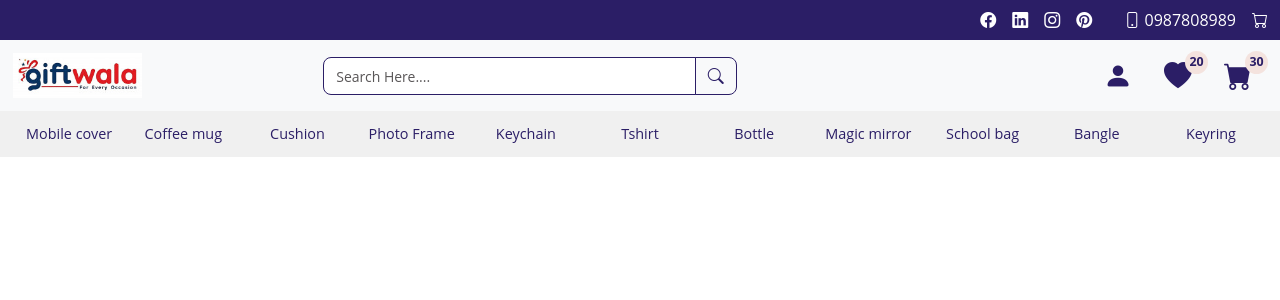
Repository: mangalravi/GiftWala
Page: index.html
These files come from the project's save history. The page is drawn as it stood at one moment and after the next save; the edit follows.
The browser window is 1280 px wide. The pictures show the whole page.
Pictures or frames that could not be fetched are drawn as grey boxes. The style sheet was rebuilt from its Sass, Less or Tailwind sources for each picture, by a compiler version that may differ from the author's.

Above is the page before, as saved 2024-07-07 17:15:47.

After the next save:
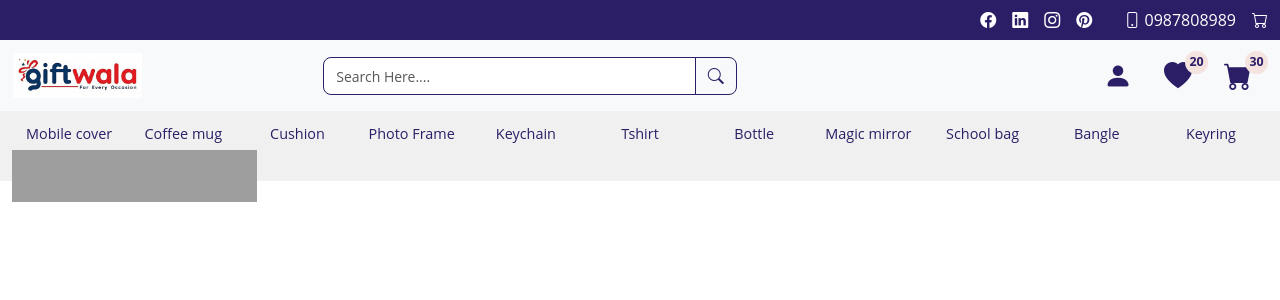
Saved 2 s later.
--- a/index.html
+++ b/index.html
@@ -199,6 +199,16 @@
               <li>Bangle</li>
               <li>Keyring</li>
             </ul>
+            <li style="position: relative; border-bottom: none !important">
+              <a
+                class="adbHeaderLink"
+                href="/express-delivery"
+                style="border-bottom: none !important"
+              >
+                <div class="left bg-express_delivery_1"></div>
+                <input type="hidden" value="Delivery In 2 hours" />
+              </a>
+            </li>
           </div>
         </div>
       </div>
